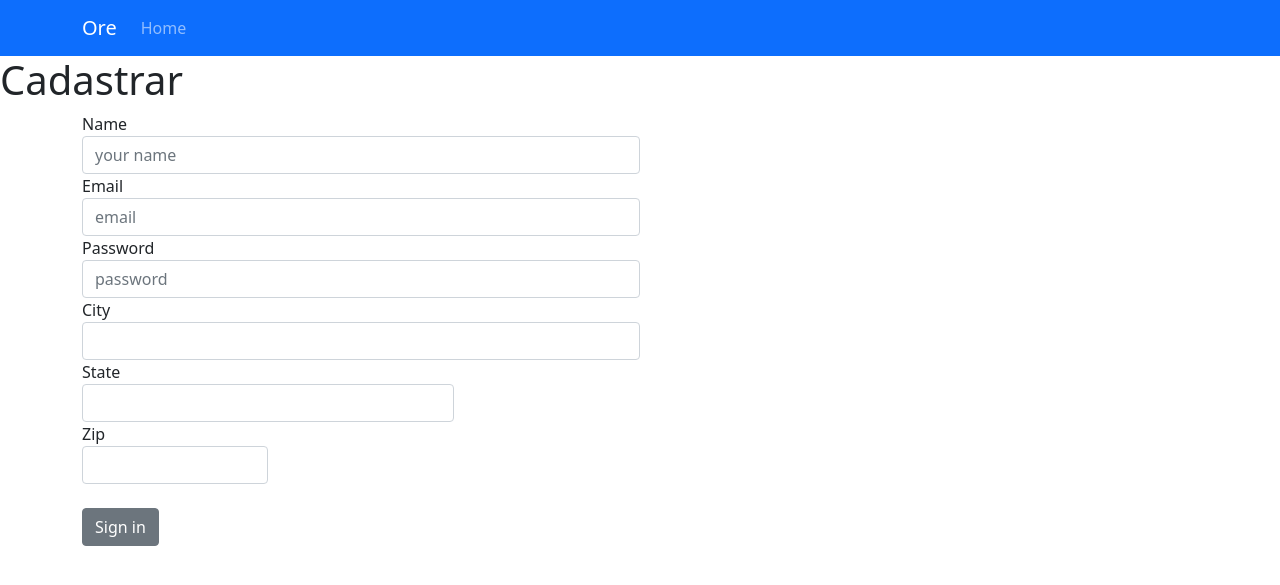
Repository: thf4/React-Front
Page: /cadastrar
These files come from the project's save history. The page is drawn as it stood at one moment and after the next save; the edit follows.
The browser window is 1280 px wide. The pictures show the whole page.
The project was rebuilt for these pictures with package versions that can differ from the ones it lists, and the page was loaded fresh each time. Also part of the build but not shown: src/config/index.js, src/pages/Home/index.js, src/pages/Vizualizar/index.js, src/pages/Editar/index.js.

Above is the page before, as saved 2021-05-07 13:38:31.

After the next save:
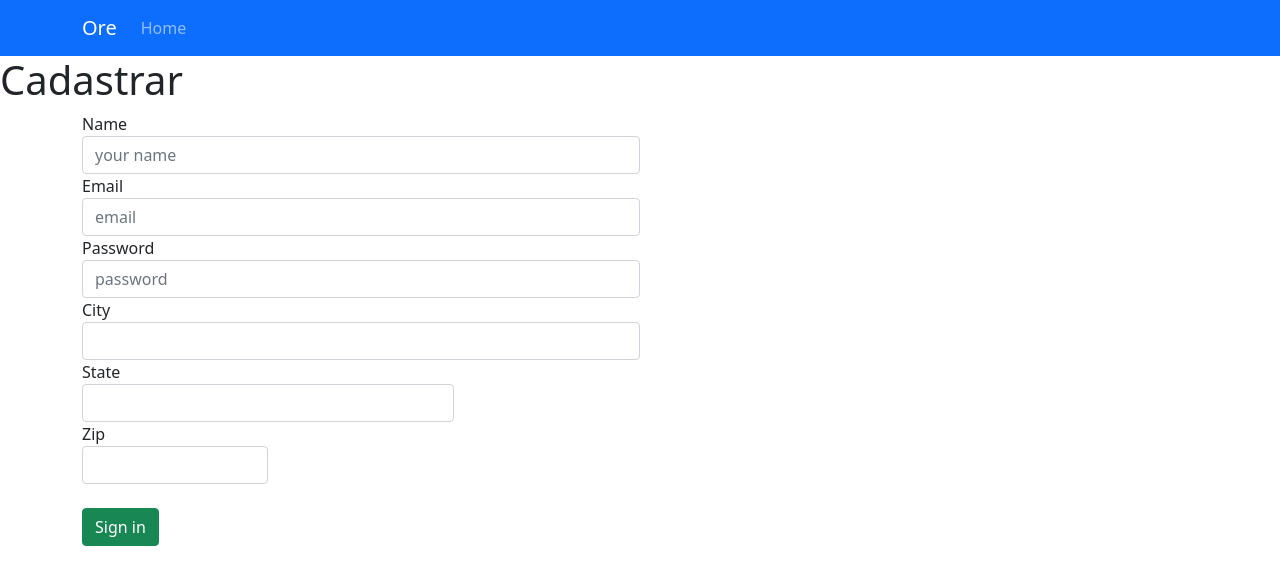
Saved 18 s later.
--- a/src/pages/Cadastrar/index.js
+++ b/src/pages/Cadastrar/index.js
@@ -112,7 +112,7 @@ export const Cadastrar = () => {
               </FormGroup>
             </Col>
           </Row>
-          <Button className="mt-4" onSubmit={cadUser} href="">Sign in</Button>
+          <Button className="mt-4 btn-success" onSubmit={cadUser} href="">Sign in</Button>
         </Container>
       </Form>
     </div>
